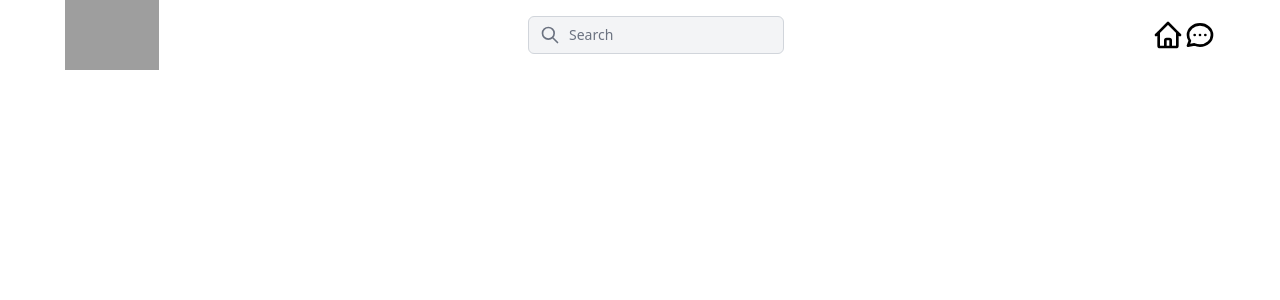
Repository: Qu4ntumGuy/insta-clone
Page: /
These files come from the project's save history. The page is drawn as it stood at one moment and after the next save; the edit follows.
The browser window is 1280 px wide. The pictures show the whole page.
Pictures or frames that could not be fetched are drawn as grey boxes. The project was rebuilt for these pictures with package versions that can differ from the ones it lists, and the page was loaded fresh each time. The framework's server and built-in components were replaced by stand-ins that run in the browser. Also part of the build but not shown: next.config.js.

Above is the page before, as saved 2022-03-16 12:48:41.

After the next save:
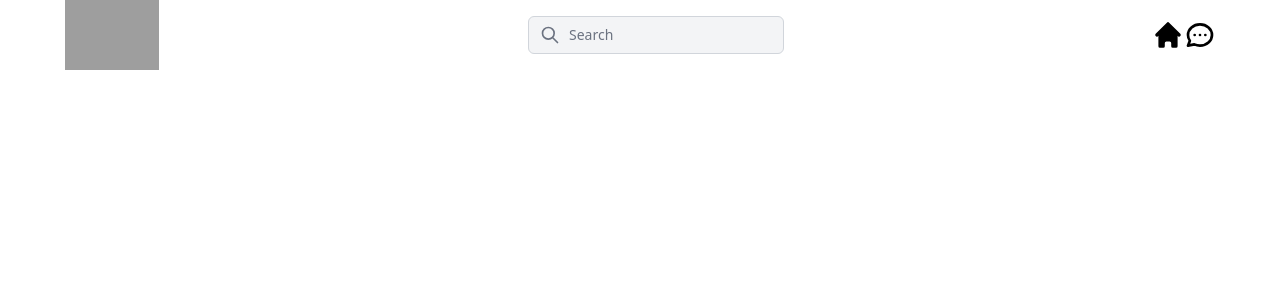
Saved 68 s later.
--- a/components/Header.js
+++ b/components/Header.js
@@ -7,8 +7,8 @@
   CameraIcon,
   ChatIcon,
   MenuIcon,
-  HomeIcon,
 } from "@heroicons/react/outline";
+import { HomeIcon } from "@heroicons/react/solid"
 
 const Header = () => {
   return (
